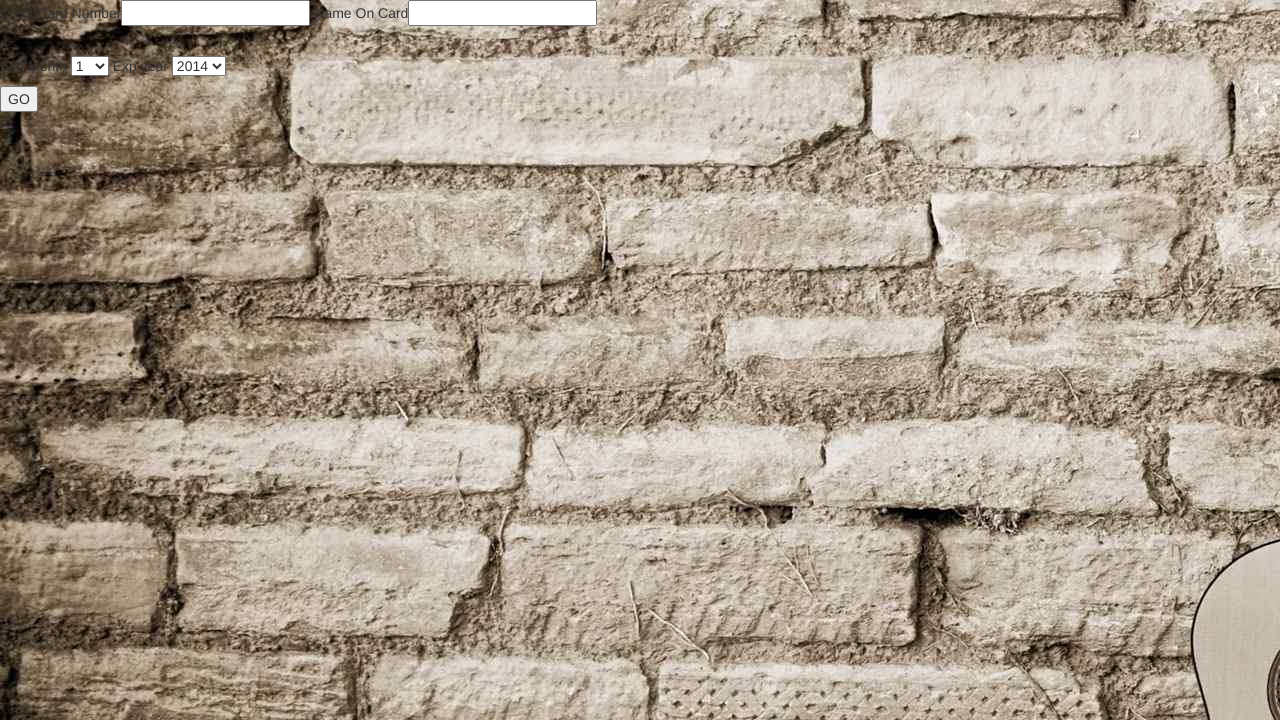
Repository: jack-1195/project2
Page: http://localhost/ShopingCartFrontEnd/WEB-INF/views/CreditCard.jsp
The author's editor kept a copy of each file at every save. The page is drawn from the files as they stood at one save, then again after the next save.
The browser window is 1280 px wide. The pictures show the whole page.
Some web fonts or font styles are not loaded; a fallback is used. The page is served by Tomcat 9. Nobody is signed in. The template is opened directly, without the code that normally fills it, so the values that code supplies are empty.

Above is the page before, as saved 2016-08-23 05:45:45.

After the next save:
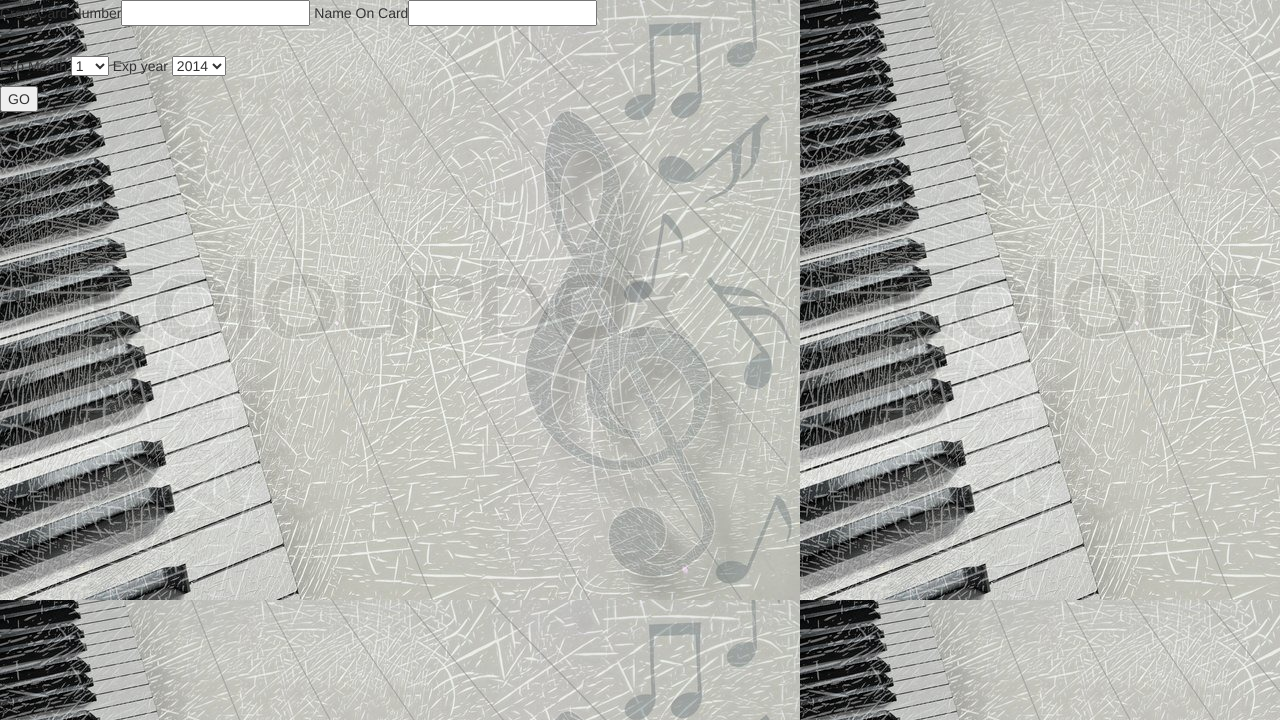
Saved 9 min 26 s later.
--- a/changes/ShopingCartFrontEnd/src/main/webapp/WEB-INF/views/CreditCard.jsp
+++ b/changes/ShopingCartFrontEnd/src/main/webapp/WEB-INF/views/CreditCard.jsp
@@ -4,7 +4,7 @@
 <%@taglib uri="http://www.springframework.org/tags" prefix="spring" %>
 <%@ taglib uri="http://www.springframework.org/tags/form" prefix="form"%>
 <spring:url value="/resources/img" var="image"></spring:url>
-  <body background="<c:url value="/resources/images/dh.jpg" />">
+  <body background="<c:url value="/resources/images/kl.jpg" />">
   <head>
     <meta charset="utf-8">
     <meta http-equiv="X-UA-Compatible" content="IE=edge">
